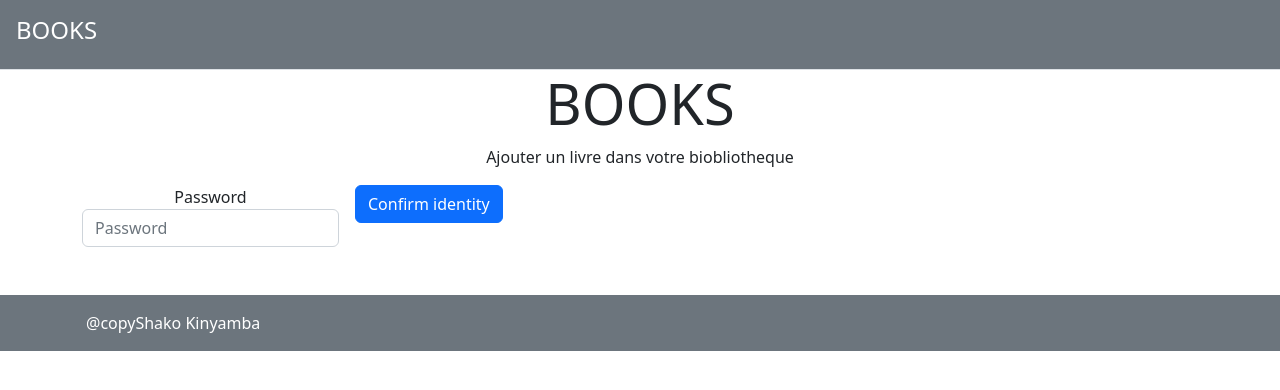
Repository: SKB-TECH/Books
Page: /
These files come from the project's save history. The page is drawn as it stood at one moment and after a run of saves; the edit follows.
The browser window is 1280 px wide. The pictures show the whole page.
The project was rebuilt for these pictures with package versions that can differ from the ones it lists, and the page was loaded fresh each time. Also part of the build but not shown: vite.config.js.

Above is the page before, as saved 2022-11-09 15:54:12.

After the next 4 saves:
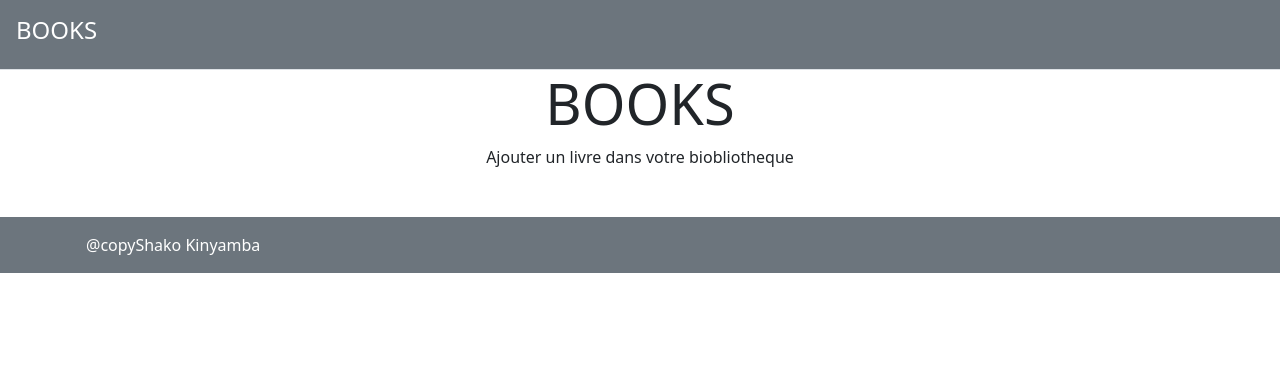
The 4 saves are shown as one change because they came seconds apart.
The last was saved 22 s later.
--- a/src/Containers/AddBooks.jsx
+++ b/src/Containers/AddBooks.jsx
@@ -11,15 +11,10 @@
                     <p>
                         Ajouter un livre dans votre biobliotheque
                     </p>
-                    <form className="row g-3">
-                        <div className="col-auto">
-                            <label for="inputPassword2" classNmae="visually-hidden">Password</label>
-                            <input type="password" className="form-control" id="inputPassword2" placeholder="Password" />
-                        </div>
-                        <div class="col-auto">
-                            <button type="submit" className="btn btn-primary mb-3">Confirm identity</button>
-                        </div>
-                    </form>
+                    <div>
+
+                    </div>
+
                 </div>
             </div>
         </main>

After the 3 saves that followed:
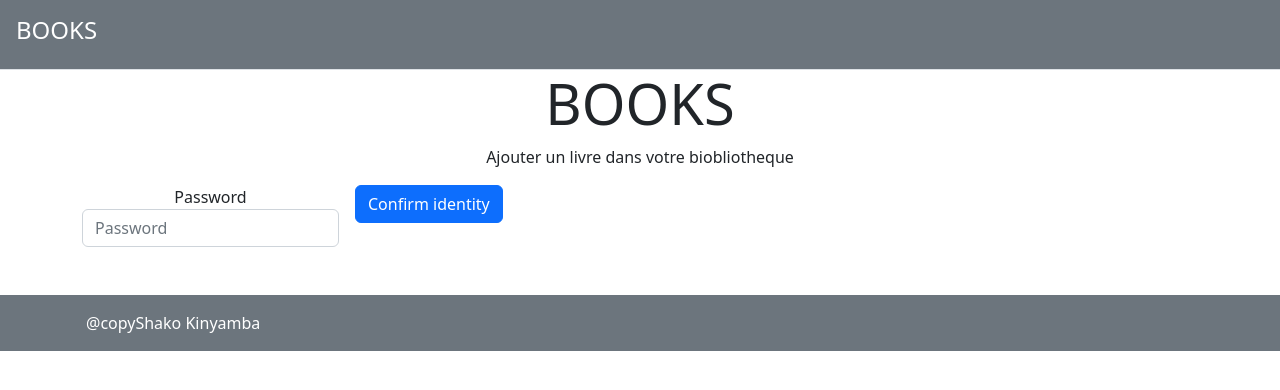
The 3 saves are shown as one change because they came seconds apart.
The last was saved 9 s later.
--- a/src/Containers/AddBooks.jsx
+++ b/src/Containers/AddBooks.jsx
@@ -12,9 +12,16 @@
                         Ajouter un livre dans votre biobliotheque
                     </p>
                     <div>
-
+                    <form className="row g-3">
+                        <div className="col-auto">
+                            <label for="inputPassword2" classNmae="visually-hidden">Password</label>
+                            <input type="password" className="form-control" id="inputPassword2" placeholder="Password" />
+                        </div>
+                        <div class="col-auto">
+                            <button type="submit" className="btn btn-primary mb-3">Confirm identity</button>
+                        </div>
+                    </form>
                     </div>
-
                 </div>
             </div>
         </main>
